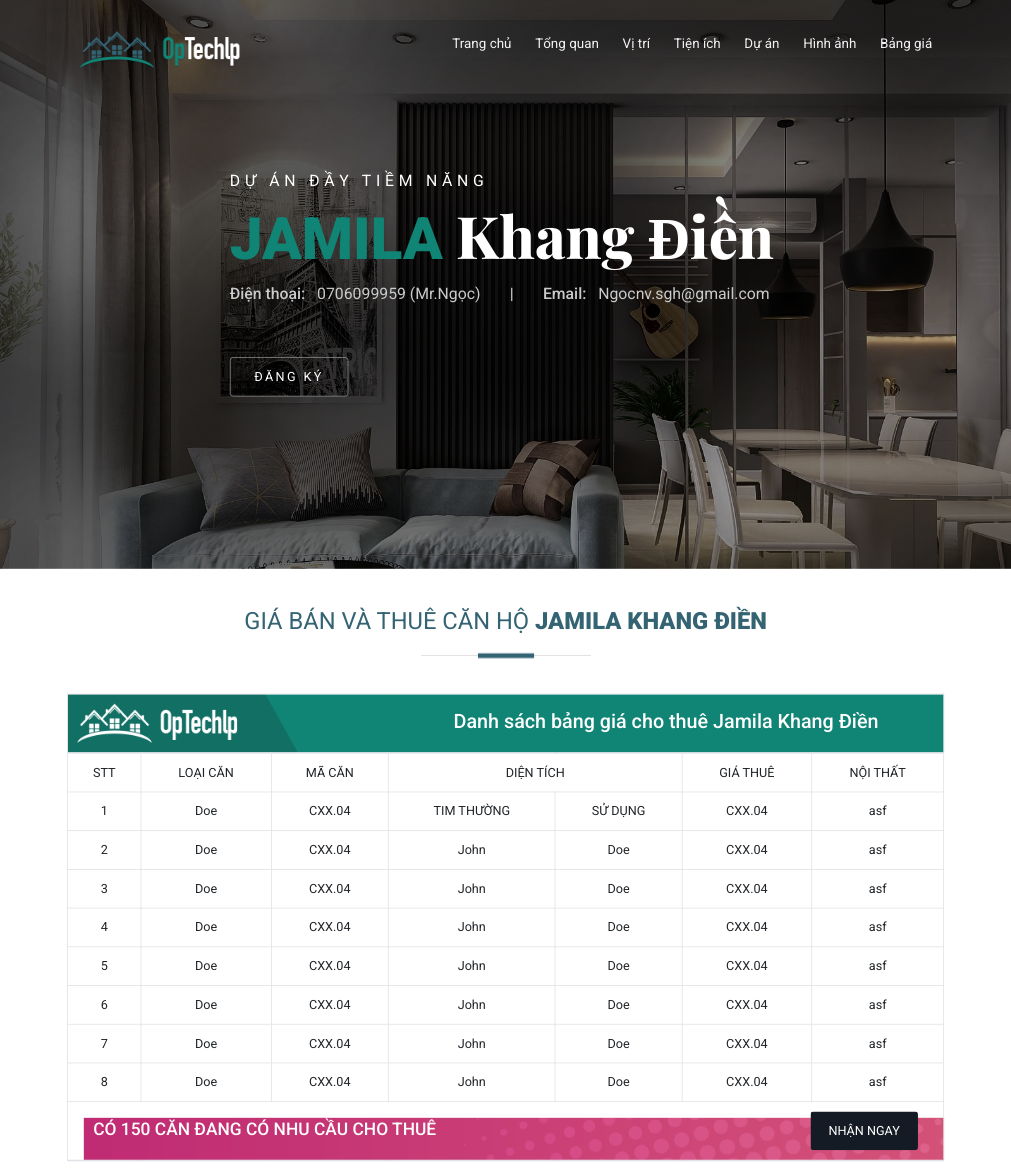
Repository: phunobi1807/Myweb
Page: index.html
The author's editor kept a copy of each file at every save. The page is drawn from the files as they stood at one save, then again after the next save.
The browser window is 1280 px wide. The pictures show the whole page, at 79% of full size.
Some web fonts or font styles are not loaded; a fallback is used.

Above is the page before, as saved 2021-05-14 14:37:45.

After the next save:
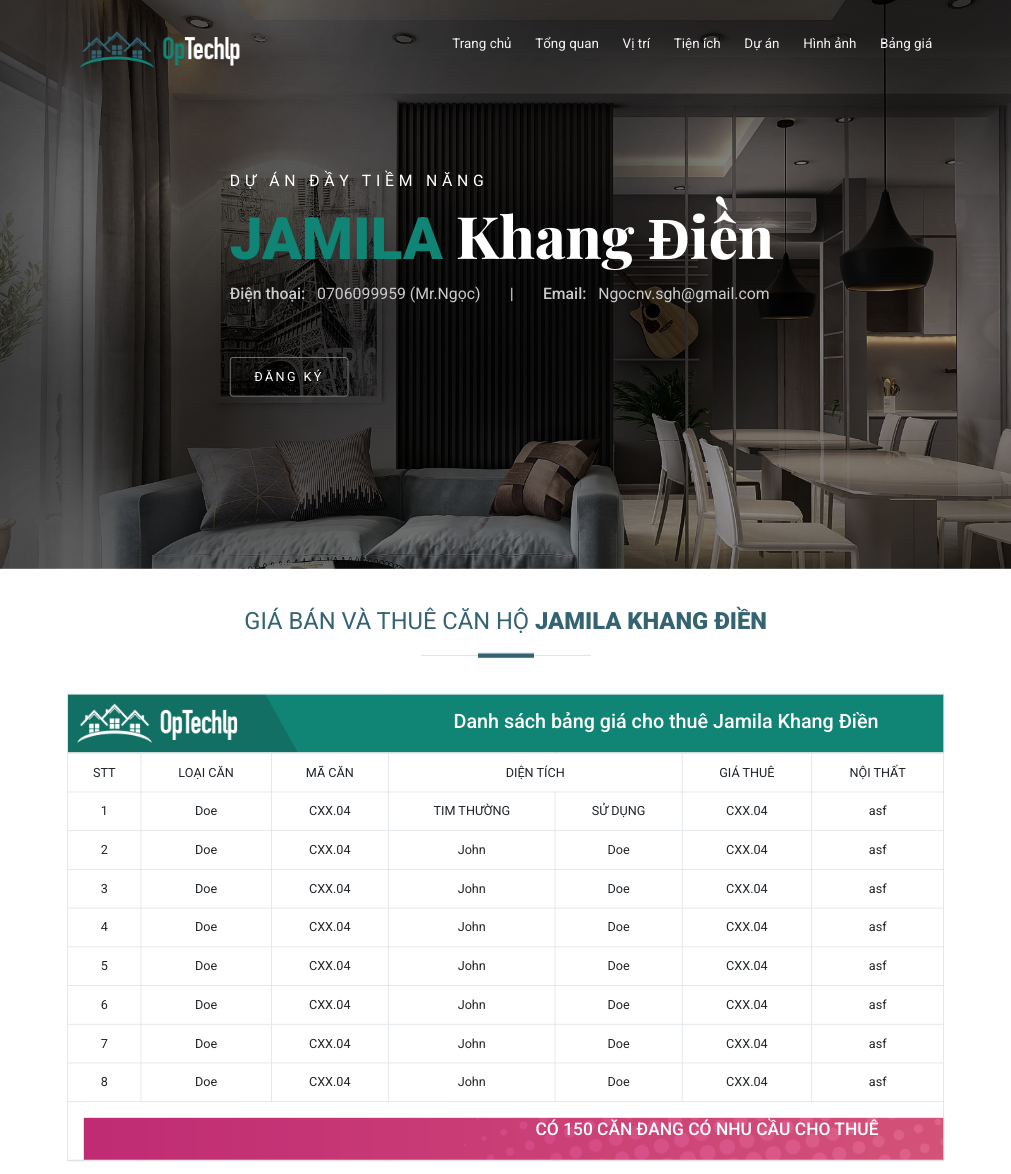
Saved 4 s later.
--- a/index.html
+++ b/index.html
@@ -145,7 +145,7 @@
                         <tr class="bot-one">
                             <th colspan="7">
                                 <div class="bot-table">
-                                    <input type="button" class="btn btn-outline" value="nhận ngay">
+                                    <!-- <input type="button" class="btn btn-outline" value="nhận ngay"> -->
                                     <p>có 150 căn đang có nhu cầu cho thuê</p>
                                 </div>
                             </th>

After the save that followed:
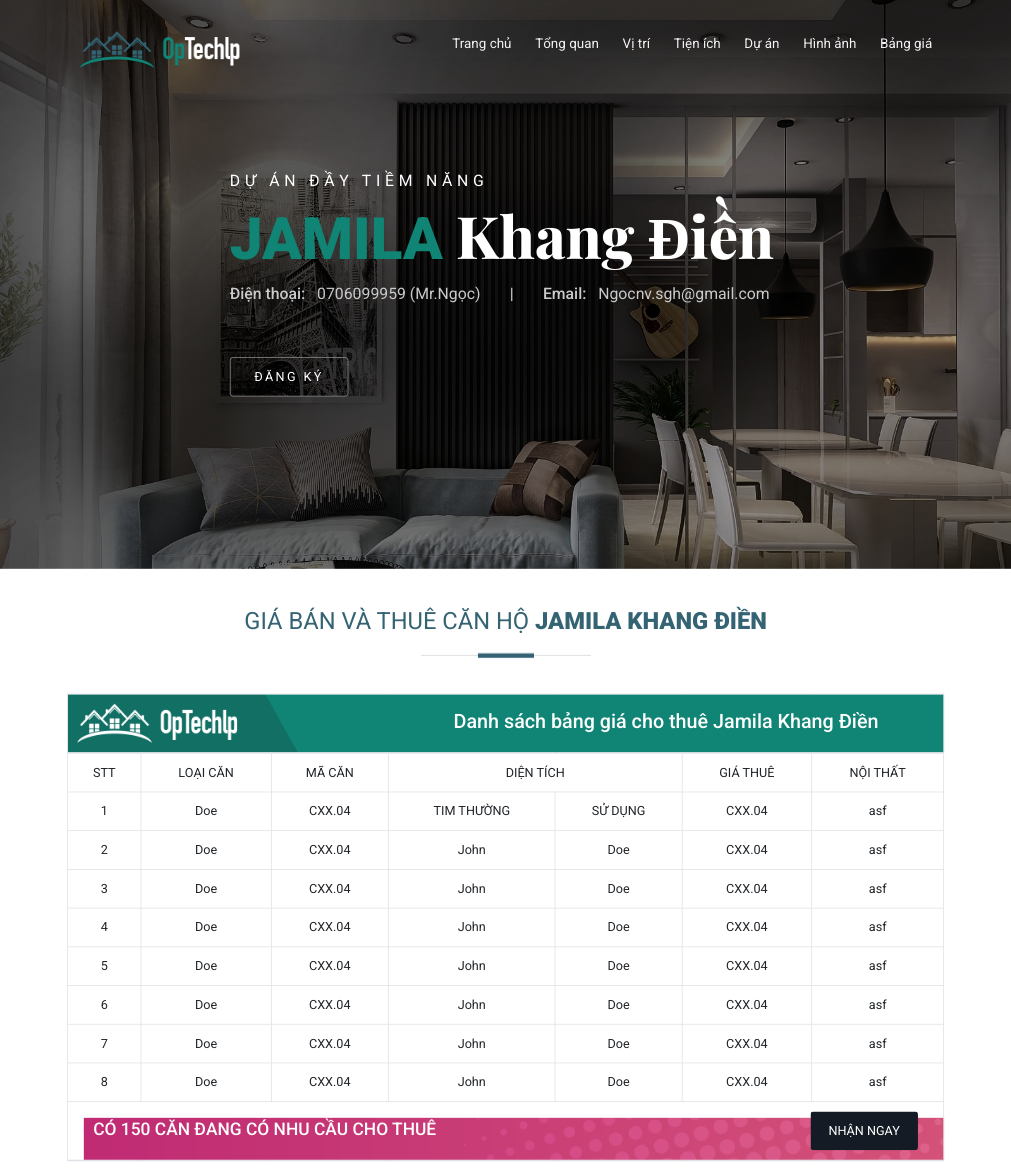
Saved 45 s later.
--- a/index.html
+++ b/index.html
@@ -145,7 +145,7 @@
                         <tr class="bot-one">
                             <th colspan="7">
                                 <div class="bot-table">
-                                    <!-- <input type="button" class="btn btn-outline" value="nhận ngay"> -->
+                                    <input type="button" class="btn btn-outline" value="nhận ngay">
                                     <p>có 150 căn đang có nhu cầu cho thuê</p>
                                 </div>
                             </th>
